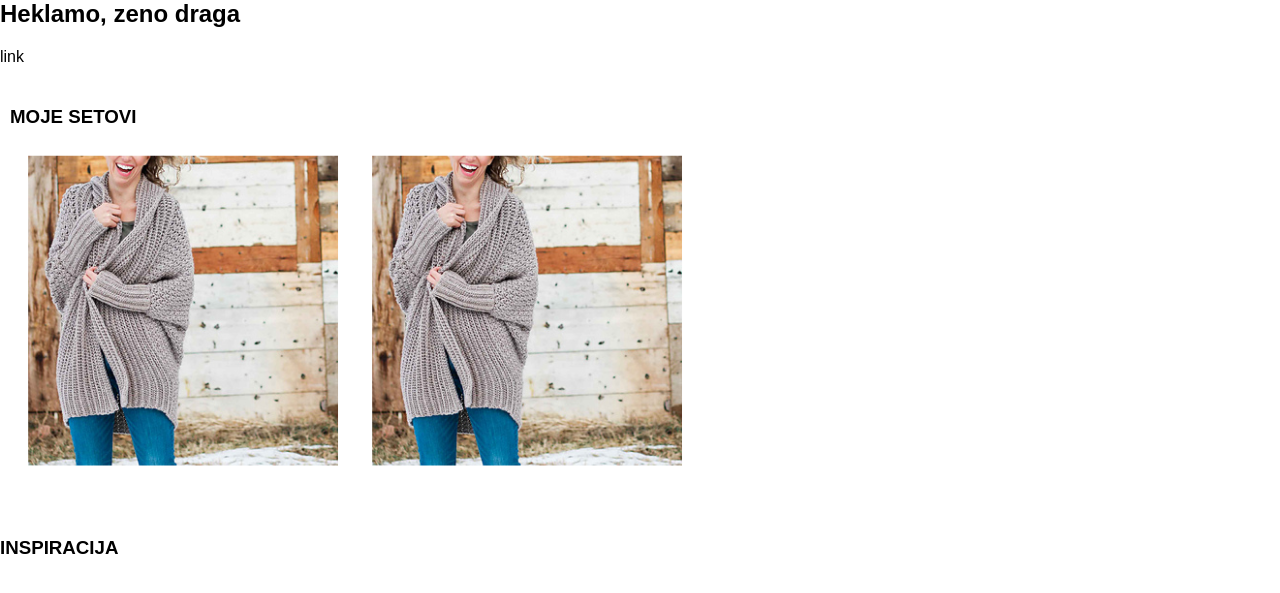
Repository: sdnc/Heklamo
Page: index.html
An editor plug-in stored every save of this project. The page is shown before and after the next save, followed by the edit.
The browser window is 1280 px wide. The pictures show the whole page.

Above is the page before, as saved 2020-12-24 13:05:27.

### index.html
<html>

<head>
  <meta charset="UTF-8" />
  <meta name="viewport" content="width=device-width, initial-scale=1.0" />
  <title>Heklamo</title>
  <link href="https://maxcdn.bootstrapcdn.com/font-awesome/4.7.0/css/font-awesome.min.css" rel="stylesheet">
  <link rel="stylesheet" href="styles.css" />
  <script src="https://unpkg.com/vue@next" defer></script>
  <script src="app.js" defer></script>
</head>

<body>
  <!--1) -->
  <!--2) -->
  <section id="header">
    <h1>Heklamo, zeno draga</h1>
    <nav>link</nav>
  </section>
    <section id="sets">
      <h3>MOJE SETOVI</h3>
    <div class="card">
      <div class="image">
        <img
          src="img/habitatcardigan.jpg" />
      </div>
      <div class="details">
        <div class="center">
          <h1>The Habitat Cardigan<br><span>Difficulty: 2/5</span></h1>
          <p>You will need:</p>
          <button>Let's do it!</button>
        </div>
      </div>
    </div>

    <div class="card">
      <div class="image">
        <img src="img/habitatcardigan.jpg" />
      </div>
      <div class="details">
        <div class="center">
          <h1>The Habitat Cardigan<br><span>Difficulty: 2/5</span></h1>
          <p>You will need:</p>
          <button>Let's do it!</button>
        </div>
      </div>
    </div>
  </section>

  <section id="inspiration">
    <h3>INSPIRACIJA</h3>

  </section>

  <section id="buy">

  </section>
</body>

</html>

### styles.css
body {
  margin: 0;
  padding: 0;
  font-family: sans-serif;
}

#sets {
  margin: 40px 0 30px 10px;
}

.card {
  margin: 5px 15px;
  display: inline-block;
  transform: translate(1%,1%);
  width: 310px;
  height: 350px;
}
.image {
  width: 310px;
  height: 350px;
  overflow: hidden;
}
.card .image img {
  width: 100%;
  transition: .5s;
}
.card:hover .image img {
  opacity: .5;
  transform: translateX(30%);/*100%*/
}
.card .details {
  position: absolute;
  top: 0;
  left: 0;
  width: 70%;/*100%*/
  height: 89%;
  background: #ffc107;
  transition: .5s;
  transform-origin: left;
  transform: perspective(2000px) rotateY(-90deg);
}
.card:hover .details {
  transform: perspective(2000px) rotateY(0deg);
}
.card .details .center {
  padding: 20px;
  text-align: center;
  background: #fff;
  position: absolute;
  top: 50%;
  transform: translateY(-50%);
}
.card .details .center h1 {
  margin: 0;
  padding: 0;
  color: #ff3636;
  line-height: 20px;
  font-size: 20px;
  text-transform: uppercase;
}
.card .details .center h1 span {
  font-size: 14px;
  color: #262626;
}
.card .details .center p {
  margin: 10px 0;
  padding: 0;
  color: #262626;
}

Loaded but not shown: app.js (no copy from this time; the picture is the same without it)

After the next save:
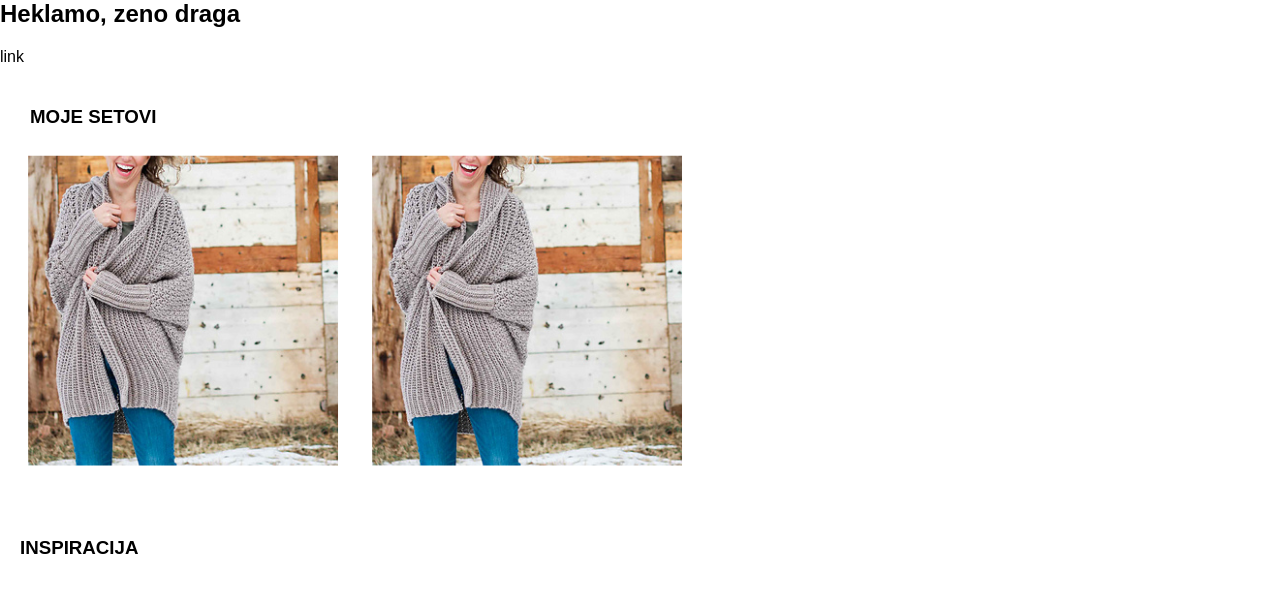
Saved 35 s later.
--- a/styles.css
+++ b/styles.css
@@ -4,6 +4,9 @@ body {
   font-family: sans-serif;
 }
 
+h3 {
+  margin-left: 20px;
+}
 #sets {
   margin: 40px 0 30px 10px;
 }
